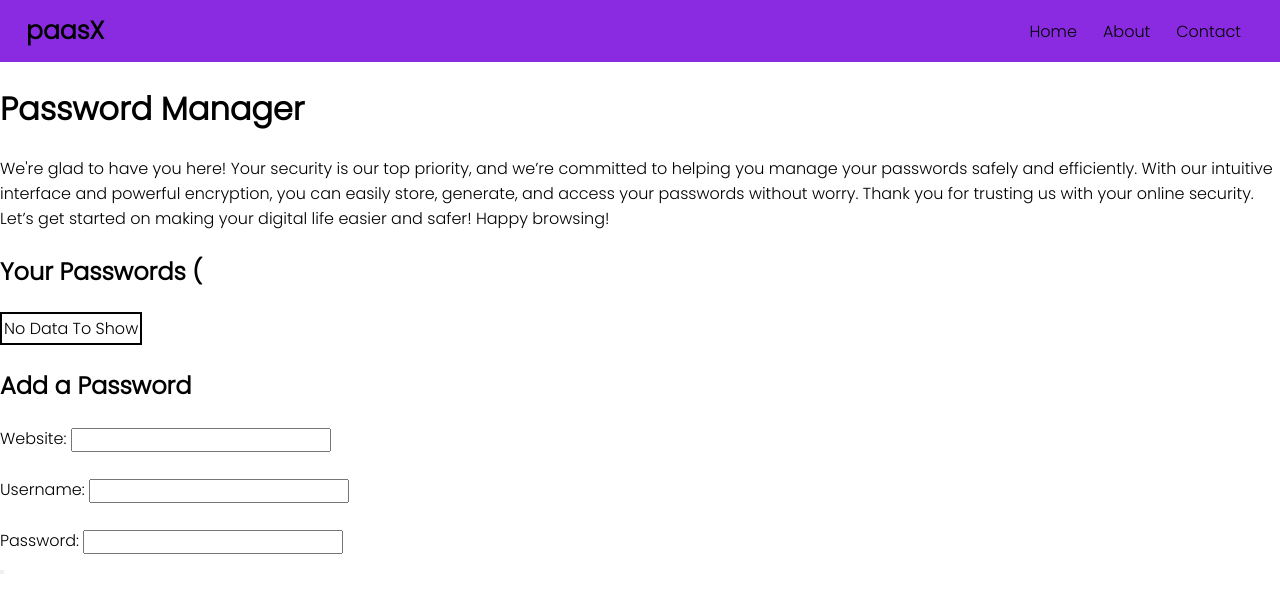
Repository: Abhi2807ar/PASSWORD-MANAGER
Page: index.html
An editor plug-in stored every save of this project. The page is shown before and after a run of saves, followed by the edit.
The browser window is 1280 px wide. The pictures show the whole page.

Above is the page before, as saved 2024-10-14 18:28:39.
Console error: TypeError: Document.querySelector is not a function

### index.html
<!DOCTYPE html>
<html lang="en">
<head>
    <meta charset="UTF-8">
    <meta name="viewport" content="width=device-width, initial-scale=1.0">
    <title>Documentx</title>
  <link rel="stylesheet" href="style.css">

</head>

<body>
    <nav>
        <div class="logo">paasX</div>
        <ul>
            <li>Home</li>
            <li>About</li>
            <li>Contact</li>

        </ul>

    </nav>
    <div class="'container">
        <h1>Password Manager</h1>
        <p> We're glad to have you here! Your security is our top priority,
             and we’re committed to helping you manage your passwords safely and efficiently.
              With our intuitive interface and powerful encryption, you can easily store, generate, and access your passwords without worry.
Thank you for trusting us with your online security. Let’s get started on making your digital life easier and safer!
Happy browsing!
        </p>
        <h2>Your Passwords (</h2>
        <p class="alert">Your Password has been copied</p>
        <table>
            <tr>
              <th>website</th>
              <th>username</th>
              <th>Password</th>
              <th>Delete</th>
            </tr>

          </table>
        <h2>Add a Password</h2>
        <form action="/submit" method="post">
 <!-- Text input for website -->
            <label for="website">Website:</label>
            <input type="text" id="website" name="website" required>
            <br><br>
            <!-- Text input for username -->
            <label for="username">Username:</label>
            <input type="text" id="username" name="username" required>
            <br><br>

            <!-- Password input -->
            <label for="password">Password:</label>
            <input type="password" id="password" name="password" required>
            <br>

            <!-- Submit button -->
           <button class="'btn" type="submit"></button>
                </form>
    </div>
    <script src="index.js"></script>

</body>
</html>

### style.css

@import url('https://fonts.googleapis.com/css2?family=Poppins:wght@200;300&display=swap');
*{
    margin:0;
    padding:0;
    font-family: "Poppins", sans-serif;;
 }
 nav{ background-color: blueviolet;
    padding:12px 3px;
    display:flex;
    justify-content:space-between;
 }
 .logo{
    margin:0 23px;
    font-weight: 800;
    font-size:25px;
 }
 ul{
    display:flex;
    margin: 0 23px;
    align-items: center;

 }
 ul > li{
    list-style:none;
     margin:0 13px;
     cursor:pointer;
 }
 ul > li:hover{
    color:white;
 }
 table {
    border:2px solid black

}
.container{
    max-width: 80vw;
    margin: 23px auto;
}
h1,h2,h3{
    margin:23px 0;
}
.btn{
    padding:8px 17px;
    background:black;
    color:white;
    font-weight: 900;
    border:2px solid grey;
    border-radius:8px;
    margin:25px 0;
    cursor:pointer;
}
.btnsm{
    background:black;
    color:white;
    font-weight: 900;
    border:2px solid grey;
    border-radius:8px;
    margin:25px 0;
    cursor:pointer;

}
img{
    cursor:pointer;
    position: relative;
    bottom: 7px;
    width:15px;
    height: 13px;
}
.alert{
    display:none;
}

### index.js
//logic to fill the table

function copyText(txt){
    navigator.clipboard.writeText(txt).then(
        ()=>{

        },
        ()=>{
            alert("Clipboard copying failed")
        },
    );
}








const deletePassword=(website)=>{
    let data=localStorage.getItem("passwords")
    let arr=JSON.parse(data);
    arrUpdated=arr.filter((e)=>{
        return e.website !=website
    })
    localStorage.setItem("passwords",JSON.stringify( arrUpdated))
}
const showPasswords=()=>{
let tb=document.querySelector("table")
let data=localStorage.getItem("passwords")
if(data==null){
    tb.innerHTML="No Data To Show"
}

else {
  tb.innerHTML=`<tr>
              <th>website</th>
              <th>username</th>
              <th>Password</th>
              <th>Delete</th>
            </tr>`

    let arr=JSON.parse(data);
    let str=""
    for(let index=0; index<arr.length;index++){
        const element=arr[index];


         str+=`<tr>

<td>${element.website} <img  onClick ="copyText(${element.website})" src="data:[embedded picture, 385 characters]" alt="Copy Button" />
</td>
<td>${element.username}<img onClick ="copyText(${element.website})" src="data:[embedded picture, 385 characters]" alt="Copy Button" /></td>
<td>${element.password}<img onClick ="copyText(${element.website})" src="data:[embedded picture, 385 characters]" alt="Copy Button" /></td>
<td><button class="btnsm" onClick="deletePassword(${element.website})">Delete</button></td>
</tr>`
}
tb.innerHTML=tb.innerHTML +str
}
website.value=""
username.value=""
password.value=""
}
console.log("Working");
showPasswords()
Document.querySelector("btn").addEventListener("click",(e)=>{
    e.preventDefault()
    console.log("Clicked....")
    console.log(username.value,password.value)
    let passwords=localStorage.getItem("passwords")
    console.log(passwords)
    if(passwords==null){
        let json=[]
    json.push({website:website.value,username:username.value,password:password.value})
    alert("Password Saved");
    localStorage.setItem("passwords",JSON.stringify(json))
}
else{
    let json=JSON.parse(localStorage.getItem("passwords"))
    json.push({website:website.value,username:username.value,password:password.value})
    alert("Password Saved");
    localStorage.setItem("passwords",JSON.stringify(json))
}
showPasswords()
})

After the next 6 saves:
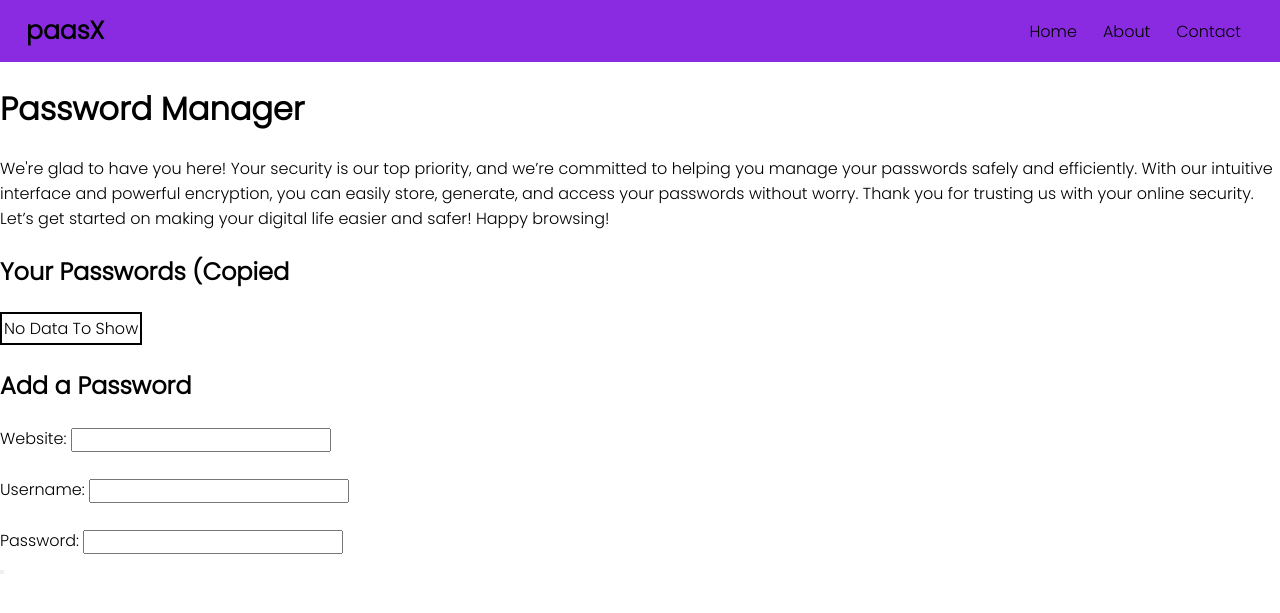
The 6 saves are shown as one change because they came seconds apart.
The last was saved 17 s later.
--- a/index.html
+++ b/index.html
@@ -27,7 +27,7 @@
 Thank you for trusting us with your online security. Let’s get started on making your digital life easier and safer!
 Happy browsing!
         </p>
-        <h2>Your Passwords (</h2>
+        <h2>Your Passwords (<span id="alert">Copied</span></h2>
         <p class="alert">Your Password has been copied</p>
         <table>
             <tr>
